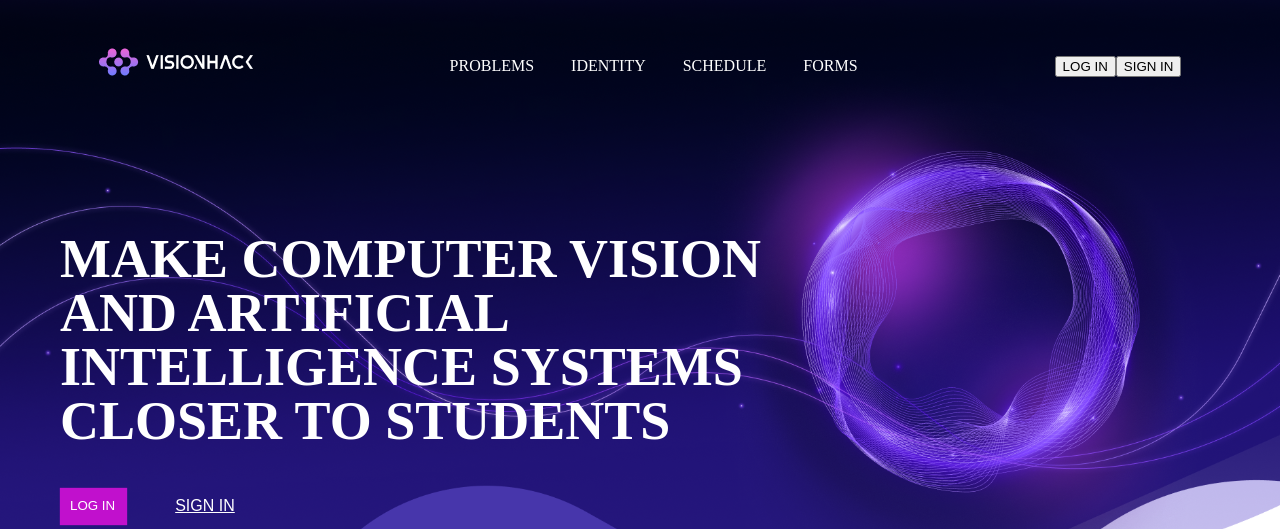
Repository: krmvz/VisionHack
Page: /
The author's editor kept a copy of each file at every save. The page is drawn from the files as they stood at one save, then again after the next save.
The browser window is 1280 px wide. The pictures show the part of the page from y = 0 to 529 px (the page is 1854 px tall before and 1754 px after).
Pictures or frames that could not be fetched are drawn as grey boxes. Backgrounds fixed to the window are drawn as part of the page. The project was rebuilt for these pictures with package versions that can differ from the ones it lists, and the page was loaded fresh each time.

Above is the page before, as saved 2024-05-24 21:51:19.

After the next save:
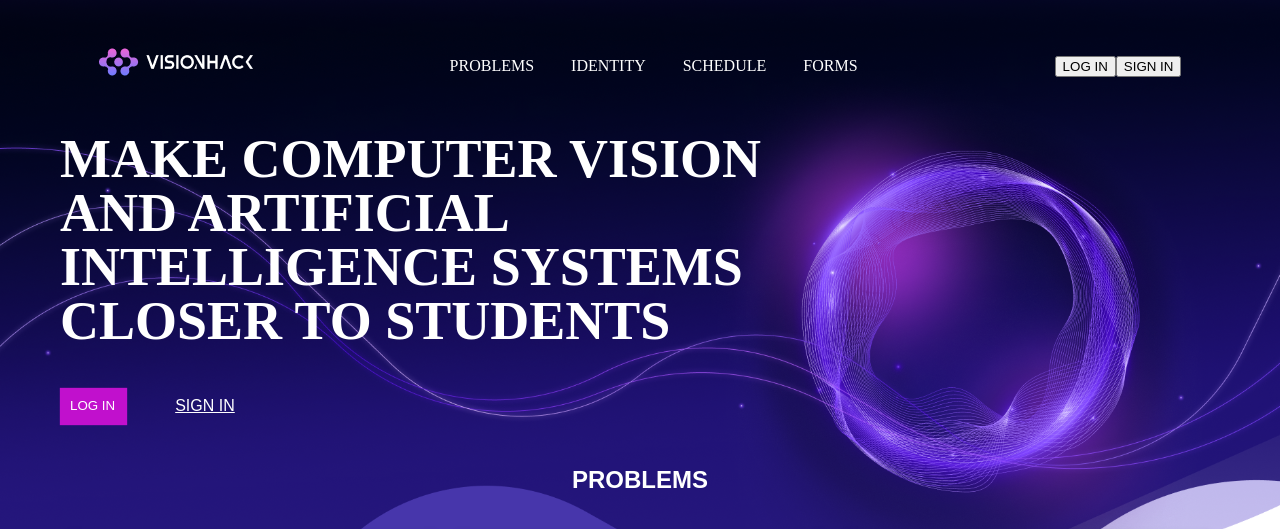
Saved 9 s later.
--- a/src/pages/mainPage/mainPage.scss
+++ b/src/pages/mainPage/mainPage.scss
@@ -12,7 +12,7 @@
             word-wrap: break-word;
             width: 65%;
             padding-bottom: 40px;
-            padding-top: 100px;
+            padding-top: 0px;
             font-weight: bold;
         }
         .logs{
